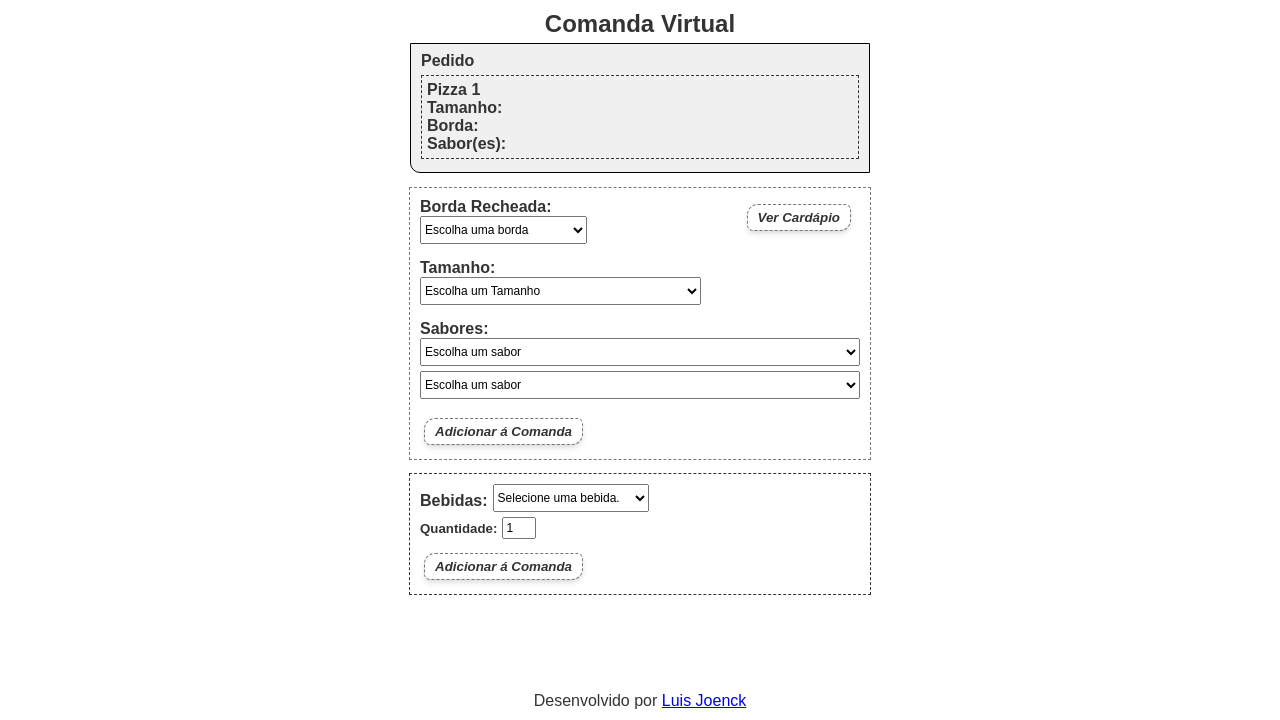
Repository: Joenck91/front-comanda-virtual
Page: index.html
The author's editor kept a copy of each file at every save. The page is drawn from the files as they stood at one save, then again after the next save.
The browser window is 1280 px wide. The pictures show the whole page.
After loading, the first visible `form.unit-pizza-box` was submitted once.

Above is the page before, as saved 2025-10-05 14:32:25.

### index.html
<!DOCTYPE html>
<html lang="pt-br">
<head>
    <meta charset="UTF-8">
    <meta name="viewport" content="width=device-width, initial-scale=1.0">
    <title>Virtual Command</title>
    <link rel="stylesheet" href="style/base.css">
    <link rel="stylesheet" href="style/layout.css">
    <link rel="stylesheet" href="style/modules.css">
    <link rel="stylesheet" href="style/themes.css">
    <link rel="stylesheet" href="style/responsive.css">
</head>
<body class="body-style">
    <header>
        <div class="title-buttons">
            <h2>Comanda Virtual</h2>
        </div>
        <div class="command-box" id="total">
            <p><strong>Pedido</strong></p>
            <div class="ordered-items" id="ordered-items">
                <p>Nenhum item adicionado.</p>
            <!--CRIAR ESTRUTURA DE PEDIDO COM JSON-->
            </div>
        </div>
    </header>

    <main>
        <!-- Cardápio-->
        <div class="view-menu-box" id="view-menu-box"></div>
        <!-- Formulário de Pizzas-->
        <form class="unit-pizza-box">

            <!-- Borda recheada -->
            <div class="border-pizza-box pad-bot-10">
                <label for="border"><h4>Borda Recheada:</h4></label>
                <select name="border" id="border">
                    <option value="" selected >Escolha uma borda</option>
                </select>
            </div>

            <!-- Tamanho da pizza -->
            <div class="size-pizza-box pad-bot-10">
                <label for="size"><h4>Tamanho:</h4></label>
                <select name="size" id="size">
                    <option value="" selected >Escolha um Tamanho</option>
                </select>
            </div>

            <!-- Sabores -->
            <div id="choose-pizza-box" class="choose-pizza-box pad-bot-10">
                <button type="button" class="buttons-style view-menu-button" id="view-menu"><strong>Ver Cardápio</strong></button>
                <label for="flavors"><h4>Sabores:</h4></label>
                <select name="flavors" id="flavor_one" class="flavor_one">
                    <option value="" selected >Escolha um sabor</option>
                </select>
                <select name="flavors" id="flavor_two" class="flavor_two">
                    <option value="" selected >Escolha um sabor</option>
                </select>
                <select name="flavors" id="flavor_three" class="flavor_three">
                    <option value="" selected >Escolha um sabor</option>
                </select>
                <select name="flavors" id="flavor_four" class="flavor_four">
                    <option value="" selected >Escolha um sabor</option>
                </select>
            </div>

            <button type="submit" class="buttons-style"><strong>Adicionar á Comanda</strong></button>
        </form>

        <!-- Formulário de Bebidas -->
        <form class="command-drink">
            <div class="choose-drink-box">
                <label for="drinks"><h4>Bebidas:</h4></label>
                <select name="drinks" id="">
                    <option value="drinks">Selecione uma bebida.</option>
                </select>
            </div>
            <div class="unit-input-drink">
                <label for="unit-drink"><h5>Quantidade:</h5></label>
                <input type="number" name="unit-drink" id="unit-drink" min="1" value="1" required>
            </div>
            <button type="submit" class="buttons-style"><strong>Adicionar á Comanda</strong></button>
        </form>
    </main>
    <footer>
        <p>Desenvolvido por <a href="www.instagram.com/joenckluis">Luis Joenck</a></p>
    </footer>

<script type="module" src="script/main.js"></script>
</body>
</html>

### style/base.css
*{
    margin:0;
    padding:0;
    box-sizing:border-box;
}
html, body{
    width:100%;
    height: 100%;
    display:flex;
    flex-direction:column;
    align-items: center;
    justify-content: start;
    overflow: auto;
    font-family: Arial, Helvetica, sans-serif;
    color: #333;
}
body{
    max-width: 500px;
}
header{
    width: 100%;
    display: flex;
    flex-direction: column;
    justify-content: center;
    align-items: center;
    padding: 10px 20px 0 20px;
    top:0;
    left: 0;
    z-index: 1000;
    background-color: white;
}
main{
    flex: 1;
    overflow: auto;
    margin: 0 auto;
    padding: 0 20px;
    border-radius: 4px;
    width: 100%;
    max-width: 100%;
    position: relative;
}
h1{
    padding-bottom: 15px;
}
h2{
    padding-bottom: 5px;
}
li{
    font-style: italic;
}
button{
    background-color: #ccc;
    color: #333;
    padding: 5px 10px;
    border: 1px solid #333;
    border-radius: 5px;
    margin:5px;
    box-shadow: 0 4px 6px rgba(0, 0, 0, 0.1),
    0 2px 4px rgba(0, 0, 0, 0.06);
}
button:hover{
    cursor:pointer;
}
select{
    margin-bottom: 5px;
    padding: 5px 0;
    font-size: 12px;
}
label{
    margin-right: 5px;
}
input[type="number"] {
    font-size: 12px;
    padding: 2px;
    width: 5ch;
}
input:hover{
    cursor: pointer;
}
option p{
    background-color: #f0f0f0;
    padding: 5px;
}
footer{
    padding: 10px;
}

### style/layout.css
/*-----------------------------------------------------------------------------*/
/*                               HEADER                                        */
/*-----------------------------------------------------------------------------*/

/*-----------------------------------------------------------------------------*/
/*                          PEDIDO                                     */
/*-----------------------------------------------------------------------------*/
.command-box{
    background-color:#f0f0f0;
    width: 100%;
    padding: 8px 10px;
    height: fit-content;
    border-bottom-left-radius: 10px;
    border: 1px solid black;
    display: flex;
    flex-direction: column;
}
.ordered-item{
    border: 1px dashed #333;
    padding: 5px;
    margin: 5px 0;
    min-width: 100%;
}

/*-----------------------------------------------------------------------------*/
/*                              CARDÁPIO                                       */
/*-----------------------------------------------------------------------------*/
.view-menu-box{/*pagina do cardápio*/
    position: absolute;
    right: 20px;
    left: 20px;
    background-color:rgb(255, 244, 227);
    padding: 10px;
    width: fit-content;
    max-width: 94%;
    height: 80vh;
    overflow: auto;
    border-radius: 15px;
    display: none;
    flex-direction: column;
    box-shadow: 0 4px 8px #00000033;
    z-index: 1000;
    outline: 1px dashed #333;
}
.menu-title{/*titulos do cardápio 'pizzas/bebidas*/
    border-bottom: 2px dashed black;
    text-align: center;
    padding: 3px;
    margin: 15px 0;
}
.menu-item{/*Itens do menu*/
    margin: 3px 0;
}
.pizza-description{/*Descrições de cada item*/
    margin-left: 25px;
}
/*-----------------------------------------------------------------------------*/
/*                        UNIDADE DE PIZZA                                     */
/*-----------------------------------------------------------------------------*/
.unit-pizza-box{/*Div pai com as opções de escolhas de uma pizza.*/
    outline: 1px dashed #777;
    padding: 10px;
    margin: 15px 0;
}
.border-pizza-box, .size-pizza-box{/*Box com opções de bordas*/

    display: flex;
    flex-direction: column;
    width: fit-content;
    align-items: start;
}
.choose-pizza-box{/*box referente aos campos para escolher sabores*/
    display: flex;
    flex-direction: column;
    position: relative;
}
.flavor_three, .flavor_four{/*Referente ao terceiro e quarto sabro que só devem aparecer conforme escolha de tamanhos.*/
    display: none;
}
/*-----------------------------------------------------------------------------*/
/*                        UNIDADE DE BEBIDA                                    */
/*-----------------------------------------------------------------------------*/
.command-drink{/*Div pai com as opções de escolhas de uma bebida*/
    outline: 1px dashed #333;
    padding: 10px;
    margin: 15px 0;
}
.choose-drink-box, .unit-input-drink{
    display: flex;
    flex-direction: row;
    align-items: center;
}
.unit-input-drink{
    padding-bottom: 10px;
}

### style/modules.css
/*-----------------------------------------------------------------------------*/
/*                             BOTÕES                                          */
/*-----------------------------------------------------------------------------*/
.view-menu-button{
    position: absolute;
    top: -120px;
    right: 5px;;
}
.menu-exit{/*botão que fecha o cardápio*/
    display: flex;
    position: sticky;
    top:0;
    width: fit-content;
    margin-left: auto;
    background-color: #f0f0f0;
    box-shadow: 0 4px 6px rgba(0, 0, 0, 0.1),
    0 2px 4px rgba(0, 0, 0, 0.06);
    border-radius: 2px 10px;
}
.buttons-style{/*Estilo para os botões*/
    width: fit-content;
    outline: 1px dashed #777;
    border: none;
    border-radius: 10px 5px;
    background-color: white;
    font-style: italic;
}
/*-----------------------------------------------------------------------------*/
/*                     PARA VÁRIOS ELEMENTOS                                   */
/*-----------------------------------------------------------------------------*/
.pad-bot-10{
    padding-bottom: 10px;
}

### script/main.js
import viewMenuBox from "./interface/view-menu.js";
import menuShowClose from "./buttons/menu-show-close.js";
import * as inputsContent from "./interface/inputs-contents.js"
import chooseSize from "./interface/choose-sizes.js";
import * as writingOrders from "./command/orders.js";

//Funções que precisam acessar json.
document.addEventListener('DOMContentLoaded', ()=>{
    // Faz uma requisição GET para a rota /api/menu para buscar os dados do cardápio.
    fetch('./data/menu.json')
    .then(res => res.json()) // Converte a resposta para JSON.
    .then(menu => {


        viewMenuBox(menu);  //Carrega menu.
        menuShowClose();    //Abre e fecha cardápio.
        inputsContent.showBorders(menu.borders);//Opções de bordas
        inputsContent.showsizes(menu.sizes);//Opções de tamanhos
        inputsContent.showFlavors(menu.pizzas);//Opções de pizzas
        inputsContent.showDrinks(menu.drinks);  //Opções de bebidas
        chooseSize();//Define quantidade de sabores de acordo com o tamanho selecionado.
        writingOrders.writingOrder(menu);//Armazena as opçoes escolhidas pelo usuário na variável orders


    })
    .catch(err => console.error('Erro ao carregar menu:', err));// Captura e exibe no console qualquer erro ocorrido ao carregar o menu.
});

### script/interface/view-menu.js
/* ********FUNÇÃO QUE CRIA O CARDÁPIO ******** */


export default function viewMenuBox (menu){
  const box = document.getElementById('view-menu-box');
        box.innerHTML = ''; // Limpa o conteúdo da div

        //Cria o titula Pizzas
        const titlePizza = document.createElement('h3');
        titlePizza.classList.add('menu-title');
        titlePizza.textContent = 'Pizzas';
        box.appendChild(titlePizza);

        const exit = document.createElement('button');
        exit.type ='button';
        exit.classList.add('menu-exit')
        exit.classList.add('exit-delete')
        exit.id = 'menuExit';
        exit.textContent = 'Sair';
        box.appendChild(exit);

        // Cria a lista das pizzas
        menu.pizzas.forEach(pizza => {
          const pizzaDiv = document.createElement('div');
          pizzaDiv.classList.add('menu-item'); // você pode estilizar no CSS

          const pizzaTitle = document.createElement('h4');
          pizzaTitle.textContent = `🍕 ${pizza.name}`;

          const pizzaDesc = document.createElement('p');
          pizzaDesc.classList.add('pizza-description')
          pizzaDesc.textContent = pizza.description;

          pizzaDiv.appendChild(pizzaTitle);
          pizzaDiv.appendChild(pizzaDesc);
          box.appendChild(pizzaDiv);
        });

        //Cria o titulo Bebidas
        const titleDrink = document.createElement('h3');
        titleDrink.classList.add('title');
        titleDrink.textContent = 'Bebidas';
        box.appendChild(titleDrink);

        //Cria a lista das bebidas
        menu.drinks.forEach(drink => {
          const drinkDiv = document.createElement('div');
          drinkDiv.classList.add('item');

          const drinkTitle = document.createElement('h4');
          drinkTitle.textContent = `🥤 ${drink.name} - R$ ${drink.price.toFixed(2)}`;

          drinkDiv.appendChild(drinkTitle);
          box.appendChild(drinkDiv);
        });
};

### script/buttons/menu-show-close.js

//Função para mostrar cardápiio e fechar cardápio
export default function menuShowClose (){
    const viewMenu = document.getElementById('view-menu');//Identifica o botão com "Ver cardápio"
    const closeMenu = document.getElementById('menuExit');//Identifica botão "sair" do cardápio.
    const menuBox = document.querySelector('.view-menu-box');//Identifica div que mostra cardápio

    viewMenu.addEventListener('click',()=>{//Escuta o evento de clique no botão "Ver cardápio"
        console.log("abrir")
        menuBox.style.display = 'flex';
    });
    closeMenu.addEventListener('click', ()=>{//Escuta o evento clique no botão "sair"
       console.log("sair");
        menuBox.style.display = 'none';
    });
};

### script/interface/inputs-contents.js
// Funções para preencher os selects
function showsizes(sizes) {
    const selectSizes = document.getElementById("size");
    sizes.forEach(size => {
        const option = document.createElement("option");
        option.value = size.name;
        option.textContent = `${size.name} - R$${size.price.toFixed(2)}`;
        selectSizes.appendChild(option);
    });
}

function showFlavors(pizzas) {
    const selectsFlavors = [
        document.getElementById("flavor_one"),
        document.getElementById("flavor_two"),
        document.getElementById("flavor_three"),
        document.getElementById("flavor_four")
    ];

    selectsFlavors.forEach(select => {
        pizzas.forEach(pizza => {
            const option = document.createElement("option");
            option.value = pizza.name;
            option.textContent = pizza.name;
            select.appendChild(option);
        });
    });
}

function showBorders(borders) {
    const selectBorder = document.getElementById("border");
    borders.forEach(border => {
        const option = document.createElement("option");
        option.value = border.name;
        option.textContent = `${border.name} - R$${border.price.toFixed(2)}`;
        selectBorder.appendChild(option);
    });
}

function showDrinks(drinks) {
    const selectDrinks = document.querySelector('.command-drink select');
    drinks.forEach(drink => {
        const option = document.createElement("option");
        option.value = drink.name;
        option.textContent = `${drink.name} - R$${drink.price.toFixed(2)}`;
        selectDrinks.appendChild(option);
    });
}

export {showBorders, showsizes, showFlavors, showDrinks};

### script/interface/choose-sizes.js
// Pega o select de tamanho
const selectSize = document.getElementById("size");

// Variável para armazenar o tamanho selecionado
let sizeChecked = "";

//Função para exibir os sabores de acordo com a escolha do tamanho da pizza
function updateFlavor(size) {
    document.querySelector('.flavor_three').style.display = (size === 'GRANDE(3 sabores, 12 fatias, 35cm)' || size === 'GIGANTE(4 sabores, 16 fatias, 40cm)' || size === 'KING(4 sabores, 20 fatias, 45cm)') ? 'flex' : 'none';//Se o tamanho for grande, gigante e king: aparece o terceiro sabor
    document.querySelector('.flavor_four').style.display = (size === 'GIGANTE(4 sabores, 16 fatias, 40cm)' || size === 'KING(4 sabores, 20 fatias, 45cm)') ? 'flex' : 'none';//Se o tamanho for gigante e king: aparece o quarto sabor.
}

export default function chooseSizes (){
        // Escuta quando o usuário muda a opção
    selectSize.addEventListener("change", (event) => {
        sizeChecked = event.target.value; // aqui está o valor selecionado
        updateFlavor(sizeChecked);
    });
};

### script/command/orders.js
import  showItems from "../interface/command-box/show-items.js";
//Array que guarda todos os pedidos da sessão
let notedOrder = {
    pizzas: [],
    drinks: []
};

function writingOrder (menu){
    // Captura o envio do formulário de pizza
    const formPizza = document.querySelector('.unit-pizza-box');
    formPizza.addEventListener('submit', (e) => {
        e.preventDefault(); // evita reload da página
        //código aqui

        const pizzaOrder = {
            pizza: document.getElementById('size').value,
            borda: document.getElementById('border').value,
            sabores: [
                document.getElementById('flavor_one').value,
                document.getElementById('flavor_two').value,
                document.getElementById('flavor_three').value,
                document.getElementById('flavor_four').value
            ].filter(s => s), // remove strings vazias
        };

        // Adiciona ao array de pedidos
        notedOrder.pizzas.push(pizzaOrder);

        // Atualiza a exibição dos itens pedidos
        showItems(notedOrder);


        console.log(notedOrder);


    });

    //Captura o envio do formulário de bebidas
    const formDrinks = document.querySelector('.command-drink');
    formDrinks.addEventListener('submit', (e) =>{
        e.preventDefault(); //evita reload da página
        //código aqui
        const drinkOrder = {
            bebida: document.querySelector('.command-drink select').value,
            quantidadeBebida: parseInt(document.getElementById('unit-drink').value, 10)
        };

        // Adiciona ao array de pedidos
        notedOrder.drinks.push(drinkOrder);
        // Atualiza a exibição dos itens pedidos
        showItems(notedOrder);


        console.log(notedOrder);
    });

};

export {writingOrder, notedOrder};

### script/interface/command-box/show-items.js

//função que mostra os itens pedidos na interface
export default function showItems(notedOrder){
    const orderedItemsDiv = document.getElementById('ordered-items');
    orderedItemsDiv.innerHTML = ''; // Limpa o conteúdo anterior

    // Mostra pizzas
    notedOrder.pizzas.forEach((pizza, index) => {
        const pizzaDiv = document.createElement('div');
        pizzaDiv.classList.add('ordered-item');
        pizzaDiv.innerHTML = `
            <h4>Pizza ${index + 1}</h4>
            <p><strong>Tamanho:</strong> ${pizza.pizza}</p>
            <p><strong>Borda:</strong> ${pizza.borda}</p>
            <p><strong>Sabor(es):</strong> ${pizza.sabores.join(', ')}</p>
        `;
        orderedItemsDiv.appendChild(pizzaDiv);
    });

    // Mostra bebidas
    notedOrder.drinks.forEach((drink, index) => {
        const drinkDiv = document.createElement('div');
        drinkDiv.classList.add('ordered-item');
        drinkDiv.innerHTML = `
            <h4>Bebida ${index + 1}</h4>
            <p><strong>Tipo:</strong> ${drink.bebida}</p>
            <p><strong>Quantidade:</strong> ${drink.quantidadeBebida}</p>
        `;
        orderedItemsDiv.appendChild(drinkDiv);
    });
};

Loaded but not shown: data/menu.json (282 lines, source omitted); style/themes.css (no stored copy; drawn as an empty file); style/responsive.css (no stored copy; drawn as an empty file)

After the next save:
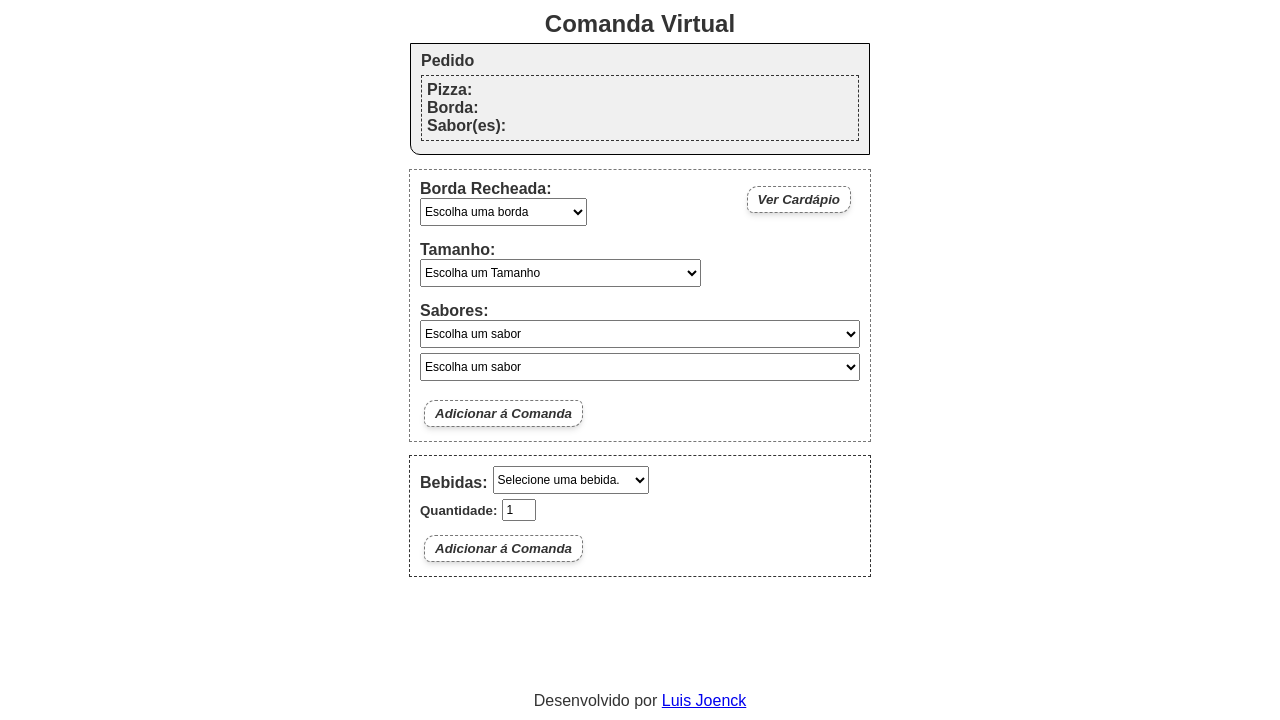
Saved 2 min 6 s later.
--- a/script/interface/command-box/show-items.js
+++ b/script/interface/command-box/show-items.js
@@ -9,8 +9,8 @@ export default function showItems(notedOrder){
         const pizzaDiv = document.createElement('div');
         pizzaDiv.classList.add('ordered-item');
         pizzaDiv.innerHTML = `
-            <h4>Pizza ${index + 1}</h4>
-            <p><strong>Tamanho:</strong> ${pizza.pizza}</p>
+            <!--h4>Pizza ${index + 1}</h4-->
+            <p><strong>Pizza:</strong> ${pizza.pizza}</p>
             <p><strong>Borda:</strong> ${pizza.borda}</p>
             <p><strong>Sabor(es):</strong> ${pizza.sabores.join(', ')}</p>
         `;
